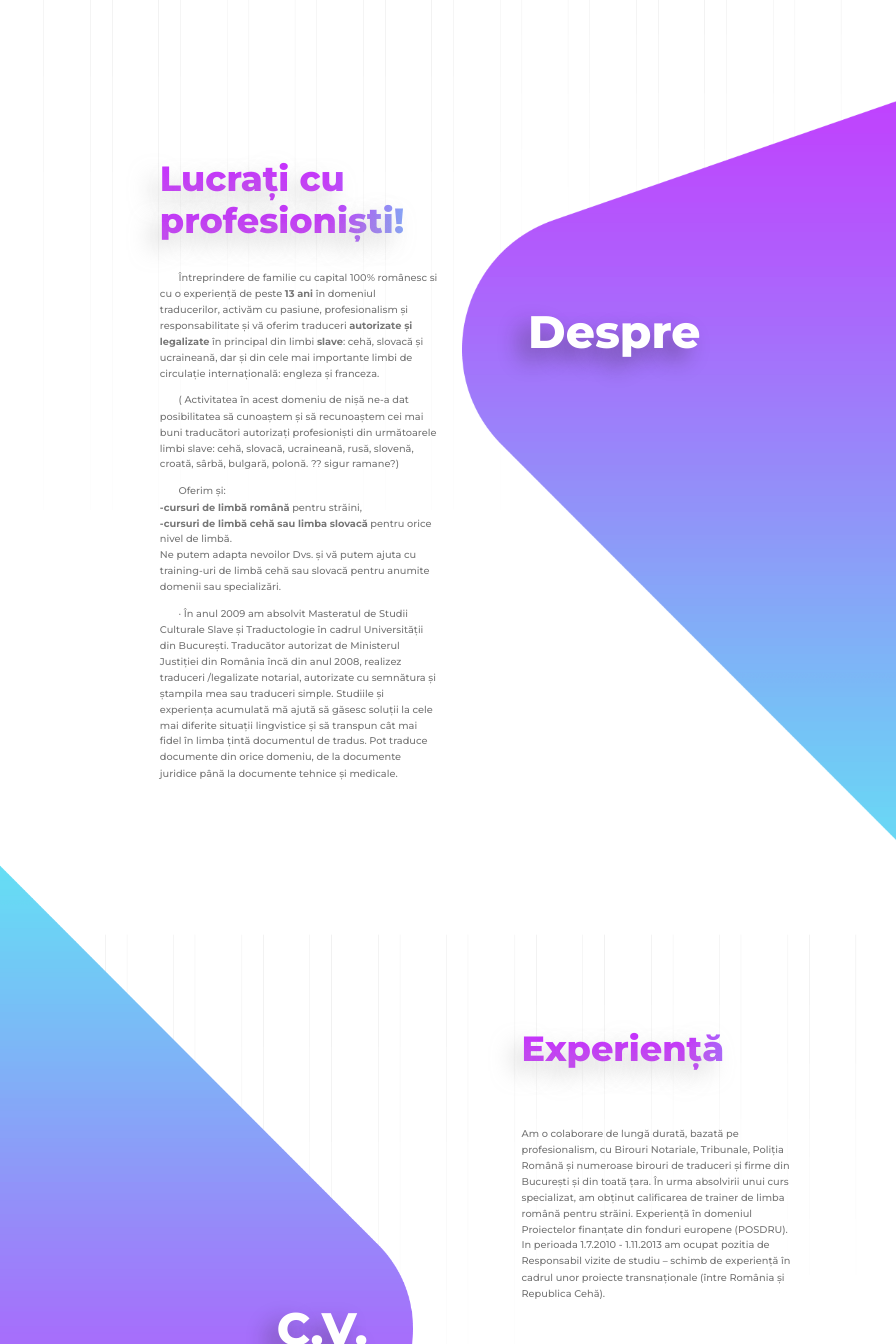
Repository: roscaImarius/site_traduceri
Page: index.html
These files come from the project's save history. The page is drawn as it stood at one moment and after the next save; the edit follows.
The browser window is 1280 px wide. The pictures show the part of the page from y = 746 to 2666 px (the page is 7580 px tall), at 70% of full size.

Above is the page before, as saved 2022-03-17 15:14:37.

After the next save:
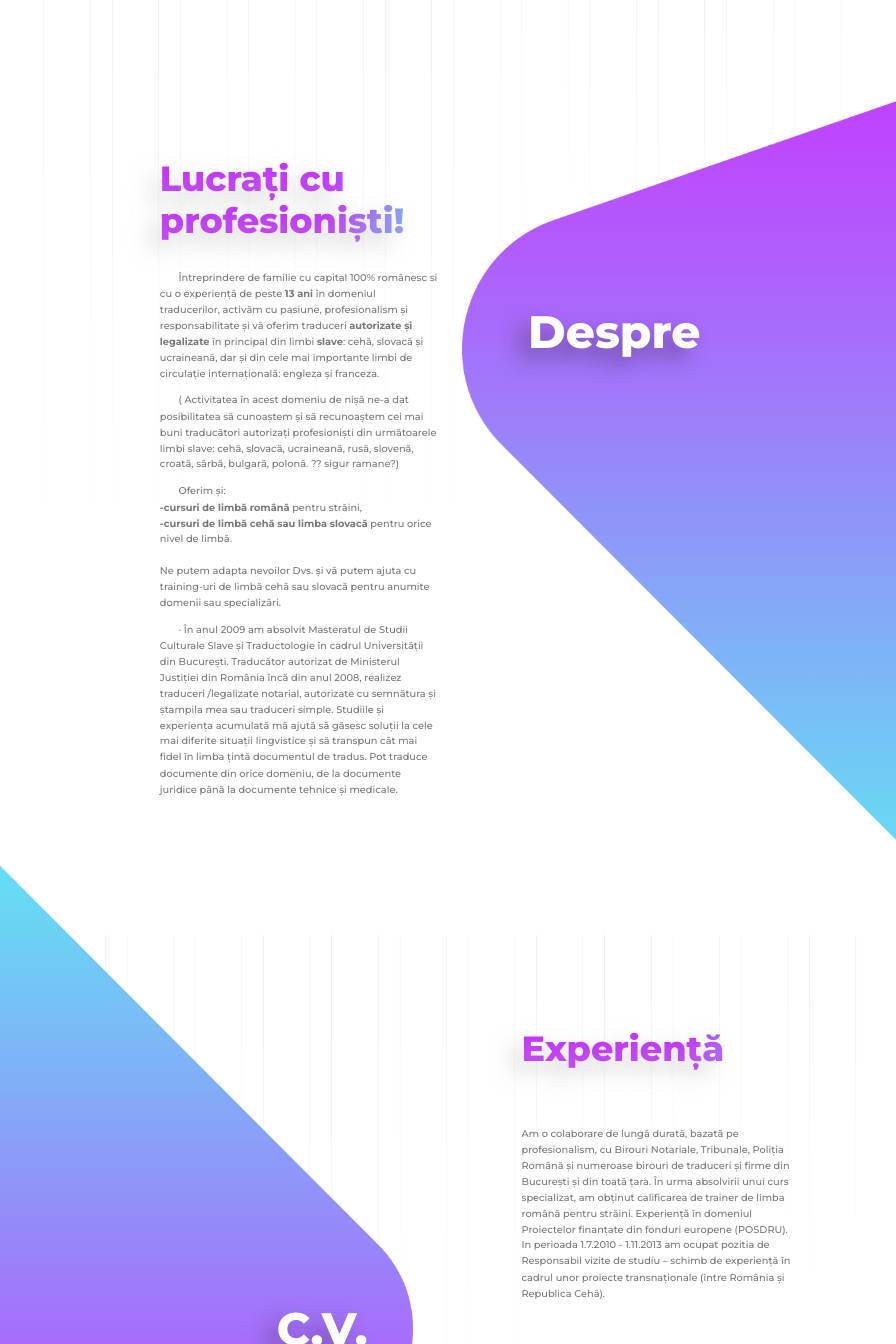
Saved 8 s later.
--- a/index.html
+++ b/index.html
@@ -160,7 +160,7 @@
               <span style="font-weight: bold"
                 >-cursuri de limbă cehă sau limba slovacă</span
               >
-              pentru orice nivel de limbă. <br />
+              pentru orice nivel de limbă. <br /><br />
               Ne putem adapta nevoilor Dvs. și vă putem ajuta cu training-uri de
               limbă cehă sau slovacă pentru anumite domenii sau specializări.
             </p>
